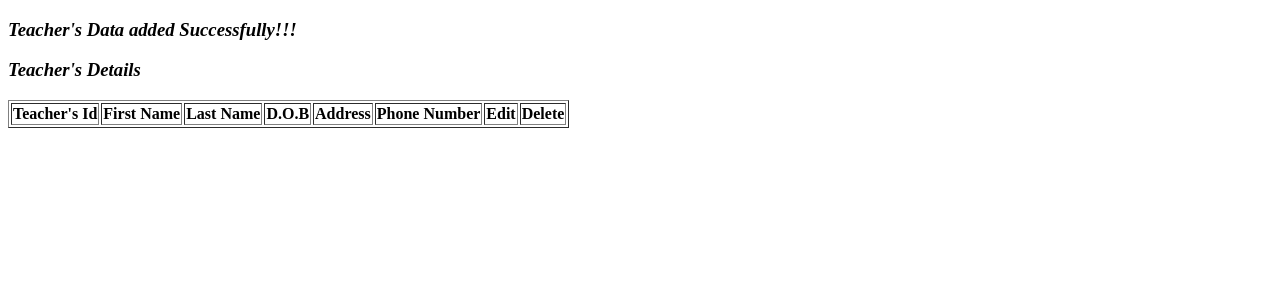
Repository: shubhamsingh331/Learners_Academy
Page: http://localhost/LearnersAcademy/Teachers/AddSuccessful.jsp
These files come from the project's save history. The page is drawn as it stood at one moment and after the next save; the edit follows.
The browser window is 1280 px wide. The pictures show the whole page.
The page is served by Tomcat 9. Other server files are loaded and not shown. Queries for data that is not in the repository find no rows.

Above is the page before, as saved 2023-10-09 11:22:52.

### LearnersAcademy/src/main/webapp/Teachers/AddSuccessful.jsp
<%@ page language="java" contentType="text/html; charset=ISO-8859-1"
    pageEncoding="ISO-8859-1"%>
<!DOCTYPE html>
<html>
<head>
<meta charset="ISO-8859-1">
<title>Insert title here</title>
</head>
<body>
<h3><i>Teacher's Data added Successfully!!!</i></h3>
<%@include file="TeacherDisplay.jsp" %>
</body>
</html>

### LearnersAcademy/src/main/webapp/Teachers/TeacherDisplay.jsp
<%@page import="teachers.TeachersDAO"%>
<%@page import="java.util.List"%>
<%@page import="teachers.TeachersPojo"%>
<%@ page language="java" contentType="text/html; charset=ISO-8859-1"
    pageEncoding="ISO-8859-1"%>
<!DOCTYPE html>
<html>
<head>
<meta charset="ISO-8859-1">
<title>Insert title here</title>
</head>
<body>
<h3><i>Teacher's Details</i></h3>
<table border="1">
<tr><th>Teacher's Id</th><th>First Name</th><th>Last Name</th><th>D.O.B</th><th>Address</th><th>Phone Number</th><th>Edit</th><th>Delete</th></tr>
<%
TeachersDAO dao = new TeachersDAO();
List<TeachersPojo> list= dao.display();

for(TeachersPojo t:list){%>
<tr><td><%=t.getId() %></td><td><%=t.getFname() %></td><td><%=t.getLname() %></td><td><%=t.getDob() %></td><td><%=t.getAddress() %></td><td><%=t.getPhono()%></td><td><a href="TeachEdit.jsp?id=<%=t.getId()%>">Edit</a></td><td><a href="TeachDelete.jsp?id=<%=t.getId()%>">Delete</a></td></tr>
<%}%>
</table>
</body>
</html>

### LearnersAcademy/src/main/java/teachers/TeachersDAO.java
package teachers;

import java.sql.Connection;
import java.sql.PreparedStatement;
import java.sql.ResultSet;
import java.sql.SQLException;
import java.util.ArrayList;
import java.util.List;

import DBUtil.DbUtil;

public class TeachersDAO {
	public int insert(TeachersPojo teachers) throws ClassNotFoundException, SQLException {
		Connection con = DbUtil.dbcon();
		String sql = "insert into teachers values(?,?,?,?,?,?)";
		PreparedStatement ps = con.prepareStatement(sql);
		ps.setInt(1, teachers.getId());
		ps.setString(2, teachers.getFname());
		ps.setString(3, teachers.getLname());
		ps.setString(4, teachers.getDob());
		ps.setString(5, teachers.getAddress());
		ps.setLong(6, teachers.getPhono());

		return ps.executeUpdate();
	}

	public int update(TeachersPojo teachers) throws ClassNotFoundException, SQLException {
		Connection con = DbUtil.dbcon();
		String sql = "update teachers set fname=?, lname=?, dob=?, address=?, phono=? where id =?";
		PreparedStatement ps = con.prepareStatement(sql);
		ps.setInt(6, teachers.getId());
		ps.setString(1, teachers.getFname());
		ps.setString(2, teachers.getLname());
		ps.setString(3, teachers.getDob());
		ps.setString(4, teachers.getAddress());
		ps.setLong(5, teachers.getPhono());

		return ps.executeUpdate();
	}

	public int delete(TeachersPojo teachers) throws ClassNotFoundException, SQLException {
		Connection con = DbUtil.dbcon();
		String sql = "delete from teachers where id =?";
		PreparedStatement ps = con.prepareStatement(sql);
		ps.setInt(1, teachers.getId());


		return ps.executeUpdate();
	}

	public List<TeachersPojo> display() throws ClassNotFoundException, SQLException{
		Connection con = DbUtil.dbcon();

		List<TeachersPojo> list = new ArrayList<TeachersPojo>();
		String sql = "select * from teachers";
		PreparedStatement ps = con.prepareStatement(sql);
		ResultSet rs = ps.executeQuery();

		while(rs.next()) {
			TeachersPojo teachers = new TeachersPojo();
			teachers.setId(rs.getInt(1));
			teachers.setFname(rs.getString(2));
			teachers.setLname(rs.getString(3));
			teachers.setDob(rs.getString(4));
			teachers.setAddress(rs.getString(5));
			teachers.setPhono(rs.getLong(6));

			list.add(teachers);
		}
		return list;


	}

}

### LearnersAcademy/src/main/java/DBUtil/DbUtil.java
package DBUtil;

import java.sql.Connection;
import java.sql.DriverManager;
import java.sql.SQLException;

public class DbUtil {
	public static final String DRIVER_CLASS="com.mysql.jdbc.Driver";
	public static final String DB_URL="jdbc:mysql://localhost:3306/StudentManagement";
	public static final String USERNAME = "root";
	public static final String PASSWORD = "123456";
	public static Connection dbcon() throws ClassNotFoundException, SQLException {
		Class.forName(DRIVER_CLASS);

		Connection con = DriverManager.getConnection(DB_URL, USERNAME, PASSWORD);

		return con;

}

}

After the next save:
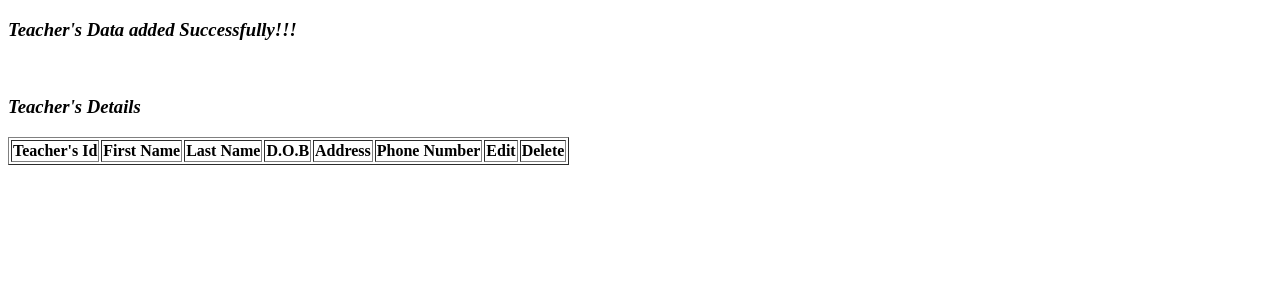
Saved 3 min 11 s later.
--- a/LearnersAcademy/src/main/webapp/Teachers/AddSuccessful.jsp
+++ b/LearnersAcademy/src/main/webapp/Teachers/AddSuccessful.jsp
@@ -7,7 +7,7 @@
 <title>Insert title here</title>
 </head>
 <body>
-<h3><i>Teacher's Data added Successfully!!!</i></h3>
+<h3><i>Teacher's Data added Successfully!!!</i></h3><br>
 <%@include file="TeacherDisplay.jsp" %>
 </body>
 </html>
